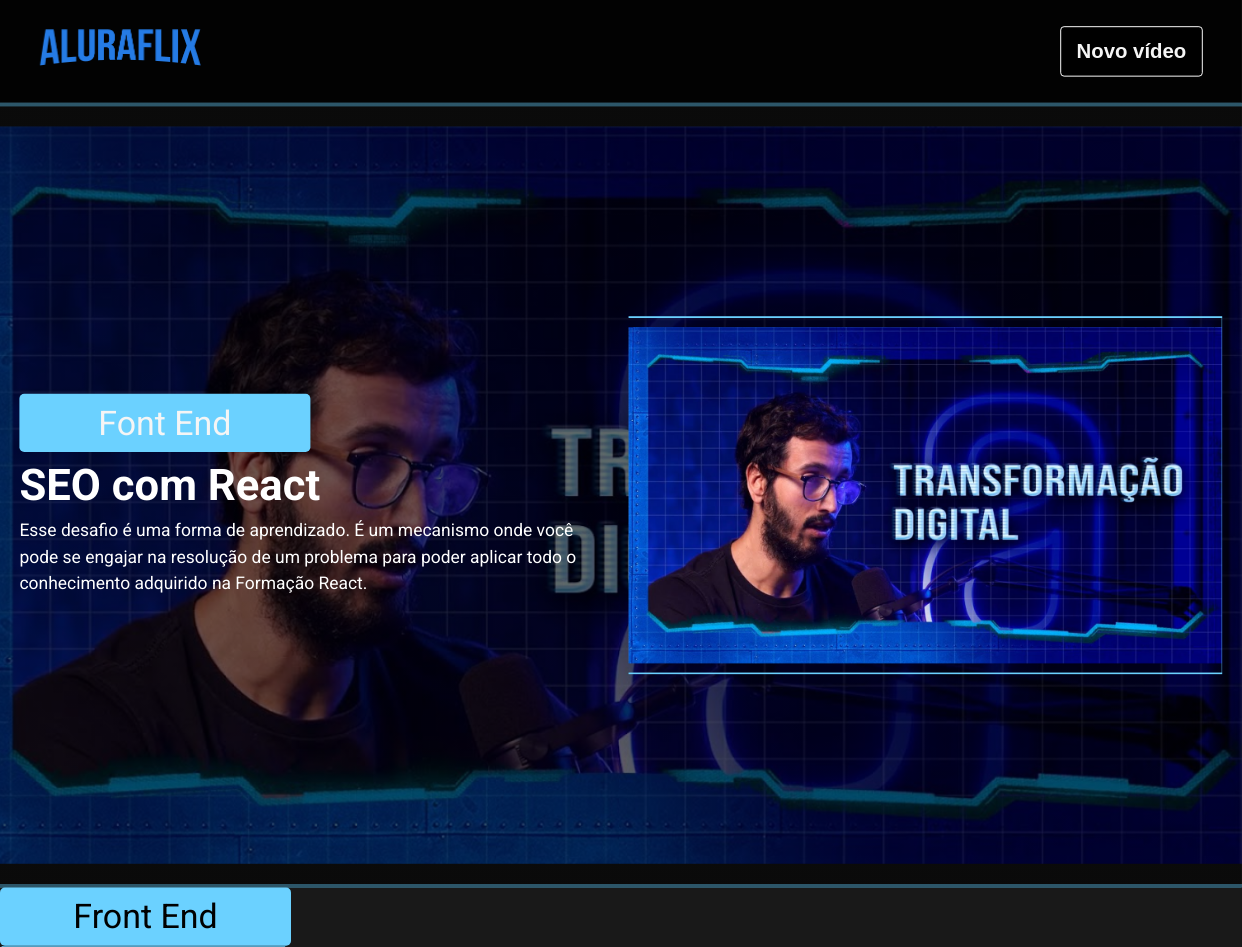
Repository: CarlosEduardoVdeOliveira/aluraflix
Page: /
The author's editor kept a copy of each file at every save. The page is drawn from the files as they stood at one save, then again after the next save.
The browser window is 1280 px wide. The pictures show the part of the page from y = 0 to 976 px (the page is 2961 px tall), at 97% of full size.
Pictures or frames that could not be fetched are drawn as grey boxes. The project was rebuilt for these pictures with package versions that can differ from the ones it lists, and the page was loaded fresh each time. Also part of the build but not shown: vite.config.js, src/components/Input/Input.module.css, src/components/Input/index.jsx, src/components/TextArea/TextArea.module.css, src/components/TextArea/index.jsx, src/pages/RegisterVideo/Register.module.css, src/pages/RegisterVideo/index.jsx, src/components/Table/Table.module.css and 3 more.

Above is the page before, as saved 2023-09-26 10:19:40.

### index.html
<!doctype html>
<html lang="en">
  <head>
    <meta charset="UTF-8" />
    <link rel="preconnect" href="https://fonts.googleapis.com">
    <link rel="preconnect" href="https://fonts.gstatic.com" crossorigin>
    <!-- <link rel="icon" type="image/svg+xml" href="/vite.svg" /> -->
    <meta name="viewport" content="width=device-width, initial-scale=1.0" />
    <link href="https://fonts.googleapis.com/css2?family=Roboto:wght@300;400;500;700&display=swap" rel="stylesheet">
    <title>AluraFlix</title>
  </head>
  <body>
    <div id="root"></div>
    <script type="module" src="/src/main.jsx"></script>
  </body>
</html>

### src/main.jsx
import React from 'react'
import ReactDOM from 'react-dom/client'
import {AppRoutes} from './routes'
import './index.css'
import { ThemeProvider } from '@emotion/react'
import { theme } from './customColors'

ReactDOM.createRoot(document.getElementById('root')).render(
  <React.StrictMode>
    <ThemeProvider theme={theme}>
      <AppRoutes />
    </ThemeProvider>
  </React.StrictMode>,
)

### src/routes.jsx
import { BrowserRouter, Route, Routes } from 'react-router-dom'
import {PageBase} from './pages/pageBase'
import {Home} from './pages/Home'
import { ThemeProvider } from '@mui/material'
import { theme } from './customColors'
import {RegisterVideo} from './pages/RegisterVideo'
import {RegisterCategory} from './pages/RegisterCategory'


export const AppRoutes = () => {
  return (
    <BrowserRouter>
      <ThemeProvider theme={theme}>
        <Routes>
          <Route path='/' element={<PageBase />}>
            <Route index element={<Home />}></Route>
            <Route path='register-video' element={<RegisterVideo />}></Route>
            <Route path='register-category' element={<RegisterCategory />}></Route>
          </Route>
        </Routes>
      </ThemeProvider>
    </BrowserRouter>
  )
}

### src/index.css
:root {
  --gray-100: #F5F5F5;
  --gray-150: #E5E5E5;
  --gray-175: #C2C2C2;
  --gray-300: #9E9E9E;
  --gray-500: #191919;
  --black: #000;
  --blue-500: #2A7AE4;
  --red-500: #E53935;
  font-family: 'Roboto', sans-serif;
  line-height: 1.5;
  font-weight: 400;
  font-size: 1rem;
  font-synthesis: none;
  text-rendering: optimizeLegibility;
  -webkit-font-smoothing: antialiased;
  -moz-osx-font-smoothing: grayscale;
  -webkit-text-size-adjust: 100%;
}
*{
  box-sizing: border-box;
  margin: 0;
  padding: 0;
  scroll-behavior: smooth;
}
body{
  background-color: var(--gray-500);
}
a {
  text-decoration: none;
  transiton: .5s all ease-out;
}

button{
  cusor: pointer;
  transiton: .5s all ease-out;
}

@media screen and (max-width: 1080px){
  body{
    font-size: 87.5%;
  }
}
@media screen and (max-width: 700px){
  body{
    font-size: 75%;
  }
}

### src/customColors.js
import { createTheme } from '@mui/material/styles';

export const theme = createTheme({
  palette: {
    withe: "#FFFFFF",
    gray100: "#F5F5F5",
    gray150: "#E5E5E5",
    gray175: "#C2C2C2",
    gray300: "#9E9E9E",
    gray500: "#191919",
    black: "#000000",
    blue500: "#2A7AE4",
    red500: "#E53935",
  },
});

### src/pages/pageBase/index.jsx
import { Banner } from '../../components/Banner';
import {Footer} from '../../components/Footer';
import {Header} from '../../components/Header'
import { Outlet } from "react-router-dom";
import { useLocation } from 'react-router-dom';


export const PageBase = () => {
  const location = useLocation()
  return (
    <main>
      <Header button={location.pathname === '/'} />
      <Banner banner={location.pathname === '/'} />
      <Outlet />
      <Footer />
    </main>
  )
}

### src/pages/Home/index.jsx
import {Category} from "../../components/Category";

// eslint-disable-next-line react/prop-types
export const Home = () => {

  return (
    <>
      {
        <Category />
      }
    </>
  )
}

### src/components/Banner/index.jsx
/* eslint-disable react/prop-types */
import styles from './Banner.module.css'
import bannerImage from '../../../public/banner.png'
import {TitleCategory} from '../TitleCategory';

export const Banner = ({banner}) => {
  return(
    <>
      {
        banner && (
        <div className={styles.container}>
          <div className={styles.content}>
            <TitleCategory
              bgColor="#6BD1FF"
              color="#f5f5f5"
            >
              Font End
            </TitleCategory>
            <h5 >
              SEO com React
            </h5>
            <p>
              Esse desafio é uma forma de aprendizado.
              É um mecanismo onde você pode se engajar na resolução de um problema
              para poder aplicar todo o conhecimento adquirido na Formação React.
            </p>
          </div>
          <img src={bannerImage} alt='Imagem do SEO da alura, '/>
        </div>
        )
      }
    </>
  );
}

### src/components/Footer/index.jsx
import { Link } from 'react-router-dom'
import logo from '../../assets/logo.png'
import styles from './Footer.module.css'
export const Footer = () => {
  return (
    <footer className={styles.container}>
      <Link to='/'>
        <img src={logo} alt="Logo do aluraflix" />
      </Link>
    </footer>
  )
}

### src/components/Header/index.jsx
/* eslint-disable react/prop-types */
// eslint-disable-next-line no-unused-vars
import React from 'react';
import logo from '../../assets/logo.png'
import styles from './Header.module.css'
import { Link } from 'react-router-dom';
import {Button} from '../Button';


export const Header = ({button}) => {

  return (
    <header className={styles.container}>
      <Link to="/">
        <img src={logo} alt='Logo do aluraflix' />
      </Link>
      {button &&
          <Link to="/register-video">
            <Button
              bgColor="#000"
              borderColor="1px solid #FFF"
              color="#F5f5f5"
            >
                  Novo vídeo
            </Button>
          </Link>
      }
    </header>
  )
}

### src/components/Category/index.jsx
import { TitleCategory } from "../TitleCategory";
import styles from "./Category.module.css";
import { videos, categories } from "../../json/db.json";
import Carousel from 'react-material-ui-carousel'
import { Card } from "../Card";

export const Category = () => {
  function verifyCategory(category){
    const vcat = videos.some(vc => vc.category === category)
    return vcat
  }
    console.log(verifyCategory("Front End"));
  return (
    <>
      {
        categories.map((category) => (
          <section className={styles.container} key={category.id}>
            <TitleCategory bgColor={category.color}>{category.name}</TitleCategory>
            <Carousel >
              <div className={styles.videos}>
                {videos.map(
                  (video) =>
                    category.name === video.category && (
                      <Card
                        link={video.link}
                        key={video.id}
                        thumbnail={video.thumbnail}
                        borderColor={category.color}
                        description={video.description}
                      />
                    )
                )}
              </div>

            </Carousel>
          </section>
        ))
      }
    </>
  );
};

### src/components/Button/index.jsx
/* eslint-disable react/prop-types */
import styles from './Button.module.css'

export const Button = ({children, bgColor, borderColor, color}) => {
  return(
    <button className={styles.button}
      style={{
        background:bgColor,
        border:borderColor,
        color:color
      }}
    >
      {children}
    </button>
  )
}

### src/json/db.json
{
  "videos":[
  {
    "id": 1,
    "name": "Homem-Aranha - Sem Volta Para Casa",
    "link": "https://www.youtube.com/watch?v=k77WZrvuDQU&ab_channel=Alura",
    "thumbnail": "https://i.ytimg.com/vi/k77WZrvuDQU/sddefault.jpg",
    "category": "Front End",
    "description": "Descrição qualquer"
  },
  {
    "id": 2,
    "name": "Homem-Aranha - Sem Volta Para Casa",
    "link": "https://www.youtube.com/watch?v=k77WZrvuDQU&ab_channel=Alura",
    "thumbnail": "https://i.ytimg.com/vi/CyiiEJRZjSU/maxresdefault.jpg",
    "category": "Front End",
    "description": "Descrição qualquer"
  },
  {
    "id": 3,
    "name": "Homem-Aranha - Sem Volta Para Casa",
    "link": "https://www.youtube.com/watch?v=hHM-hr9q4mo&ab_channel=Rocketseat",
    "thumbnail": "https://i.ytimg.com/vi/hHM-hr9q4mo/maxresdefault.jpg",
    "category": "Front End",
    "description": "Descrição qualquer"
  },
  {
    "id": 4,
    "name": "Homem-Aranha - Sem Volta Para Casa",
    "link": "https://www.youtube.com/watch?v=hHM-hr9q4mo&ab_channel=Rocketseat",
    "thumbnail": "https://i.ytimg.com/vi/hHM-hr9q4mo/maxresdefault.jpg",
    "category": "Back End",
    "description": "Descrição qualquer"
  },
  {
    "id": 5,
    "name": "Homem-Aranha - Sem Volta Para Casa",
    "link": "https://www.youtube.com/watch?v=hHM-hr9q4mo&ab_channel=Rocketseat",
    "thumbnail": "https://i.ytimg.com/vi/hHM-hr9q4mo/maxresdefault.jpg",
    "category": "Back End",
    "description": "Descrição qualquer"
  },
  {
    "id": 6,
    "name": "Homem-Aranha - Sem Volta Para Casa",
    "link": "https://www.youtube.com/watch?v=hHM-hr9q4mo&ab_channel=Rocketseat",
    "thumbnail": "https://i.ytimg.com/vi/hHM-hr9q4mo/maxresdefault.jpg",
    "category": "Back End",
    "description": "Descrição qualquer"
  },
  {
    "id": 7,
    "name": "Homem-Aranha - Sem Volta Para Casa",
    "link": "https://www.youtube.com/watch?v=MGIs7DSQ-0A&ab_channel=Alura",
    "thumbnail": "https://i.ytimg.com/vi/MGIs7DSQ-0A/maxresdefault.jpg",
    "category": "Mobile",
    "description": "Descrição qualquer"
  },
  {
    "id": 8,
    "name": "Homem-Aranha - Sem Volta Para Casa",
    "link": "https://www.youtube.com/watch?v=MGIs7DSQ-0A&ab_channel=Alura",
    "thumbnail": "https://i.ytimg.com/vi/MGIs7DSQ-0A/maxresdefault.jpg",
    "category": "Mobile",
    "description": "Descrição qualquer"
  },
  {
    "id": 9,
    "name": "Homem-Aranha - Sem Volta Para Casa",
    "link": "https://www.youtube.com/watch?v=MGIs7DSQ-0A&ab_channel=Alura",
    "thumbnail": "https://i.ytimg.com/vi/MGIs7DSQ-0A/maxresdefault.jpg",
    "category": "Mobile",
    "description": "Descrição qualquer"
  },
  {
    "id": 10,
    "name": "Homem-Aranha - Sem Volta Para Casa",
    "link": "https://www.youtube.com/watch?v=CyiiEJRZjSU",
    "thumbnail": "https://i.ytimg.com/vi/CyiiEJRZjSU/maxresdefault.jpg",
    "category": "Data Science",
    "description": "Descrição qualquer"
  },
  {
    "id": 11,
    "name": "Homem-Aranha - Sem Volta Para Casa",
    "link": "https://www.youtube.com/watch?v=CyiiEJRZjSU",
    "thumbnail": "https://i.ytimg.com/vi/CyiiEJRZjSU/maxresdefault.jpg",
    "category": "Data Science",
    "description": "Descrição qualquer"
  },
  {
    "id": 12,
    "name": "Homem-Aranha - Sem Volta Para Casa",
    "link": "https://www.youtube.com/watch?v=CyiiEJRZjSU",
    "thumbnail": "https://i.ytimg.com/vi/CyiiEJRZjSU/maxresdefault.jpg",
    "category": "Data Science",
    "description": "Descrição qualquer"
  },
  {
    "id": 13,
    "name": "Homem-Aranha - Sem Volta Para Casa",
    "link": "https://www.youtube.com/watch?v=CyiiEJRZjSU",
    "thumbnail": "https://i.ytimg.com/vi/CyiiEJRZjSU/maxresdefault.jpg",
    "category": "UX",
    "description": "Descrição qualquer"
  },
  {
    "id": 14,
    "name": "Homem-Aranha - Sem Volta Para Casa",
    "link": "https://www.youtube.com/watch?v=CyiiEJRZjSU",
    "thumbnail": "https://i.ytimg.com/vi/CyiiEJRZjSU/maxresdefault.jpg",
    "category": "UX",
    "description": "Descrição qualquer"
  },
  {
    "id": 15,
    "name": "Homem-Aranha - Sem Volta Para Casa",
    "link": "https://www.youtube.com/watch?v=CyiiEJRZjSU",
    "thumbnail": "https://i.ytimg.com/vi/CyiiEJRZjSU/maxresdefault.jpg",
    "category": "UX",
    "description": "Descrição qualquer"
  },
  {
    "id": 16,
    "name": "Homem-Aranha - Sem Volta Para Casa",
    "link": "https://www.youtube.com/watch?v=CyiiEJRZjSU",
    "thumbnail": "https://i.ytimg.com/vi/CyiiEJRZjSU/maxresdefault.jpg",
    "category": "Infra",
    "description": "Descrição qualquer"
  },
  {
    "id": 17,
    "name": "Homem-Aranha - Sem Volta Para Casa",
    "link": "https://www.youtube.com/watch?v=CyiiEJRZjSU",
    "thumbnail": "https://i.ytimg.com/vi/CyiiEJRZjSU/maxresdefault.jpg",
    "category": "Infra",
    "description": "Descrição qualquer"
  },
  {
    "id": 18,
    "name": "Homem-Aranha - Sem Volta Para Casa",
    "link": "https://www.youtube.com/watch?v=CyiiEJRZjSU",
    "thumbnail": "https://i.ytimg.com/vi/CyiiEJRZjSU/maxresdefault.jpg",
    "category": "Infra",
    "description": "Descrição qualquer"
  },
  {
    "id": 19,
    "name": "Homem-Aranha - Sem Volta Para Casa",
    "link": "https://www.youtube.com/watch?v=CyiiEJRZjSU",
    "thumbnail": "https://i.ytimg.com/vi/CyiiEJRZjSU/maxresdefault.jpg",
    "category": "Inovation",
    "description": "Descrição qualquer"
  },
  {
    "id": 20,
    "name": "Homem-Aranha - Sem Volta Para Casa",
    "link": "https://www.youtube.com/watch?v=CyiiEJRZjSU",
    "thumbnail": "https://i.ytimg.com/vi/CyiiEJRZjSU/maxresdefault.jpg",
    "category": "Inovation",
    "description": "Descrição qualquer"
  },
  {
    "id": 21,
    "name": "Homem-Aranha - Sem Volta Para Casa",
    "link": "https://www.youtube.com/watch?v=CyiiEJRZjSU",
    "thumbnail": "https://i.ytimg.com/vi/CyiiEJRZjSU/maxresdefault.jpg",
    "category": "Inovation",
    "description": "Descrição qualquer"
  },
  {
    "id": 22,
    "name": "Homem-Aranha - Sem Volta Para Casa",
    "link": "https://www.youtube.com/watch?v=CyiiEJRZjSU",
    "thumbnail": "https://i.ytimg.com/vi/CyiiEJRZjSU/maxresdefault.jpg",
    "category": "AI",
    "description": "Descrição qualquer"
  }
],
"categories":[
  {

    "id":1,
    "name":"Front End",
    "description": "Todos os vídeo da área de Front End juntarei nessa categoria para organizar os estudos que venho fazendo atualmente (FieldTextarea)",
    "color":"#6BD1FF"
  },
  {
    "id":2,
    "name":"Back End",
    "description": "Todos os vídeo que estou usando para estudar Back End ",
    "color":"#69953B"
  },
  {
    "id":3,
    "name":"Design & UX",
    "description": "Ferramentas e técnicas que estudo sobre UX e Design",
    "color":"#DC6EBE"
  },
  {
    "id":4,
    "name":"Infraestrutura" ,
    "description": "Tudo que estou aprendendo sobre Docker e muito mais",
    "color":"#9CD33B"
  },
  {
    "id":5,
    "name":"Marketing Digital",
    "description": "A forma de vender a monetizar minhas ideias",
    "color":"#6B5BE2"
  },
  {
    "id":6,
    "name":"Data Science",
    "description": "Coisas de R e Python que venho aprendendo",
    "color":"#9CD33B"
  },
  {
    "id":7,
    "name":"Inovação & Gestão",
    "description": "Como manter o time feliz e muito mais",
    "color":"#FF8C2A"
  },
  {
    "id":8,
    "name":"Mobile",
    "description": "Conteúdo que venho estudando sobre React Native e Flutter",
    "color":"#FFBA05"
  },
  {
    "id":9,
    "name":"AI",
    "description": "Conteúdo que venho estudando sobre React Native e Flutter",
    "color":"#B210C7"
  }
]
}

### src/components/Banner/Banner.module.css
.container{
  background: linear-gradient(rgba(0, 0, 0, 0.59), rgba(0, 0, 0, 0.59)),
  url(../../../public/banner.png) center / cover no-repeat;
  width: 100%;
  height: 50.563rem;
  display: grid;
  grid-template-columns: 1fr 1fr;
  align-items: center;
  gap: 1rem;
  padding: 20px;
}
.container img{
  width: 100%;
  flex-shrink: 0;
}
.content{
  color: #FFF;
}
.content h5{
  font-size: 2.813rem;
}
.content p{
  font-size: 1.125rem;
}

### src/components/TitleCategory/index.jsx
import styles from "./TitleCategory.module.css"
// eslint-disable-next-line react/prop-types
export const TitleCategory = ({children, bgColor, color}) => {
  return(
    <div
      className={styles.container}
      style={{
        backgroundColor: bgColor,
        color: color
      }}
    >
      {children}
    </div>
  )
}

### src/components/Footer/Footer.module.css
.container{
  display: flex;
  align-items: center;
  justify-content: center;
  padding: 1.688rem 2.5rem;
  background-color: rgba(0, 0, 0, 0.9);
}

.container img{
  width: 168.45px;
  height: 40px;
}

### src/components/Header/Header.module.css
.container{
  display: flex;
  justify-content: space-between;
  align-items: center;
  padding: 1.688rem 2.5rem;
  background-color: rgba(0, 0, 0, 0.9);
}

.container img{
  width: 168.45px;
  height: 40px;
}

### src/components/Category/Category.module.css
.container{
  display: flex;
  flex-direction: column;
  overflow: none;
  width: 23%;
}
.videos{
  display: flex;
  width: 100%;
}

### src/components/Card/index.jsx
/* eslint-disable react/prop-types */
import styles from './Card.module.css'
import { Link } from 'react-router-dom'

export const Card = ({
  id,
  link,
  thumbnail,
  description,
  borderColor
}) => {
  return(
    <>
      <Link
        to={link}
        className={styles.card}
        style={{border:`1px solid ${borderColor}`}}
        key={id}
        target='_blank'
        title={description}
      >
        <img src={thumbnail} alt={description} />
      </Link>

    </>
  )
}

### src/components/Button/Button.module.css
.button{
  color: #FFF;
  text-align: center;
  padding: 0.8rem 1rem;
  border-radius: .25rem;
  font-size: 21px;
  font-style: normal;
  font-weight: 600;
  cursor: pointer;
  line-height: 24px;
  transition: all .5s ease-in-out;
}

.button:hover{
  opacity: 0.8;
}

### src/components/TitleCategory/TitleCategory.module.css
.container{
  width: 300px;
  height: 60px;
  padding: 5px;
  text-align: center;
  border-radius: 5px;
  font-size: 35px;
  display: -webkit-box;
  -webkit-box-orient: vertical;
}

### src/components/Card/Card.module.css
.card{
  width: 433px;
  height: 263px;
  border-radius: .25rem;
  animation: slideAnimation 5s infinite alternate;
}
.card img{
  width: 430px;
  height: 260px;
  border-radius: .25rem;
}

After the next save:
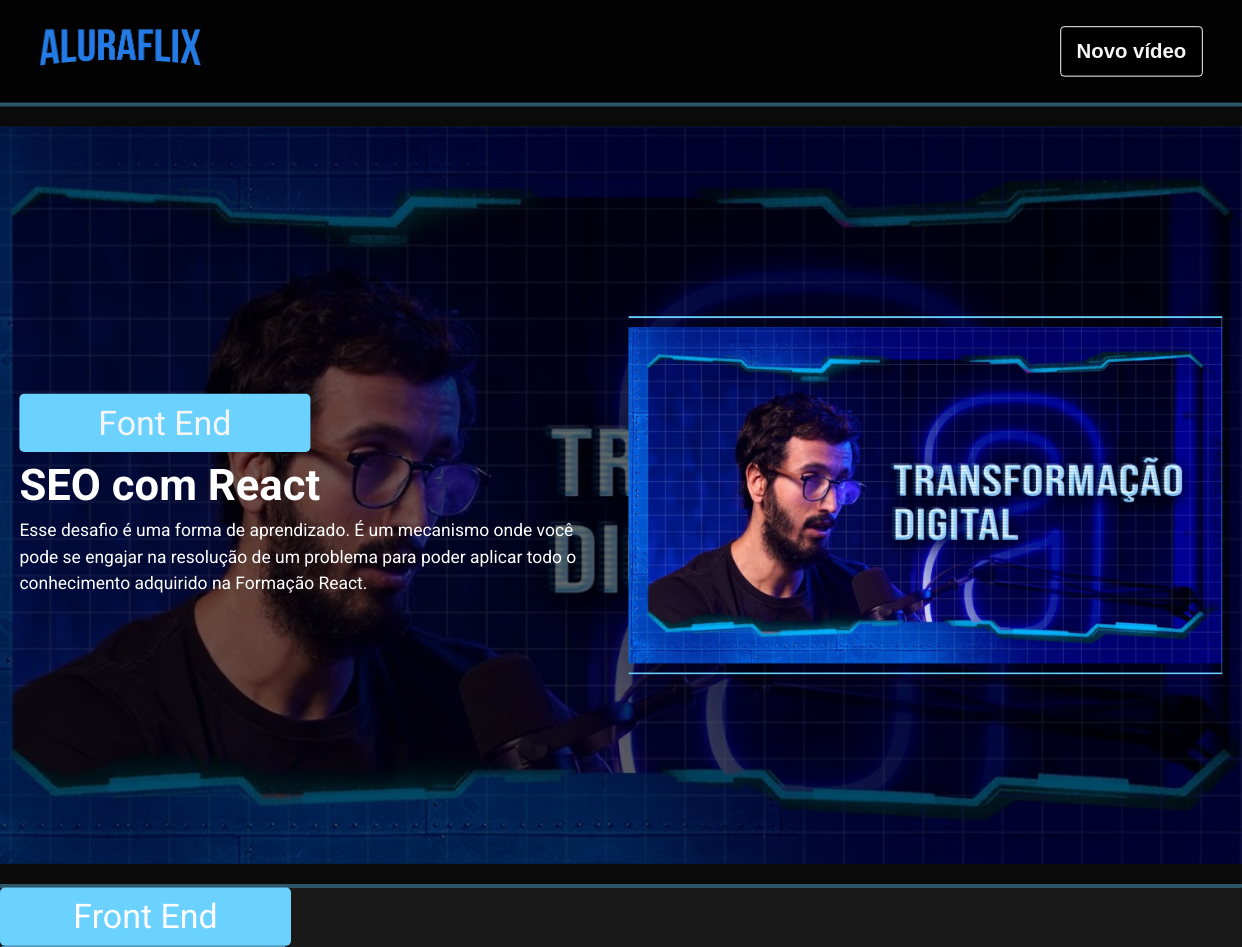
Saved 33 s later.
--- a/src/components/Category/index.jsx
+++ b/src/components/Category/index.jsx
@@ -15,7 +15,7 @@ export const Category = () => {
       {
         categories.map((category) => (
           <section className={styles.container} key={category.id}>
-            <TitleCategory bgColor={category.color}>{category.name}</TitleCategory>
+            <TitleCategory color="#fff" bgColor={category.color}>{category.name}</TitleCategory>
             <Carousel >
               <div className={styles.videos}>
                 {videos.map(
